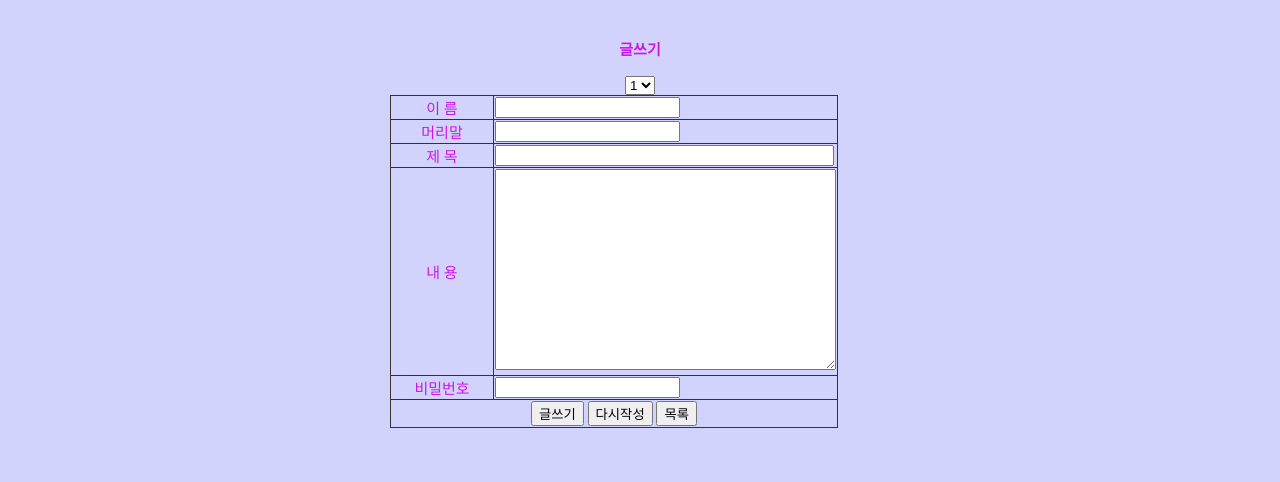
Repository: LouisKisaragi/BB-Bank
Page: http://localhost/freeboard/freeboard/writeForm.jsp
An editor plug-in stored every save of this project. The page is shown before and after the next save, followed by the edit.
The browser window is 1280 px wide. The pictures show the whole page.
The page is served by Tomcat 9.

Above is the page before, as saved 2017-11-21 01:01:11.

After the next save:
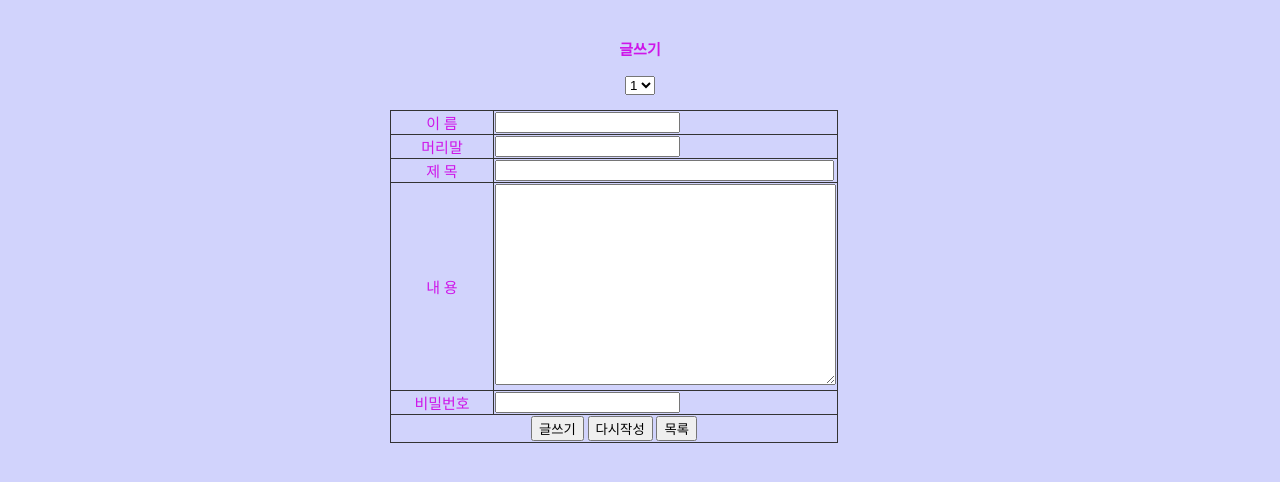
Saved 38 s later.
--- a/이득건/publicFree/workspace/freeboard/WebContent/freeboard/writeForm.jsp
+++ b/이득건/publicFree/workspace/freeboard/WebContent/freeboard/writeForm.jsp
@@ -27,6 +27,7 @@
 	<option value="2">2
 	<option value="3">3
 </select>
+<p>
 
 <table class="board">
 	<tr>
